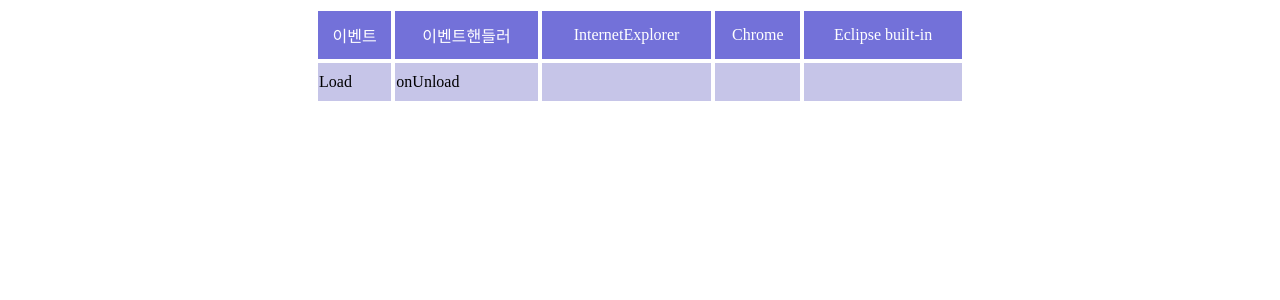
Repository: jpg723/Assignment
Page: 웹프로그래밍/Practice_A_01/src/main/webapp/practice_A_01.html
An editor plug-in stored every save of this project. The page is shown before and after the next save, followed by the edit.
The browser window is 1280 px wide. The pictures show the whole page.

Above is the page before, as saved 2021-10-02 04:57:20.

### 웹프로그래밍/Practice_A_01/src/main/webapp/practice_A_01.html
<!DOCTYPE html>
<html>
<head>
<meta charset="UTF-8">
<style>
	td, tr {
		border: 1px solid white;
	}

	table {
		width: 650px;
		height: 500x;
	}

	tr.box1 {
		background-color: #7371d9;
		color: white;
		width: 10px;
		height: 50px;
		text-align: center;
	}

	tr.box2 {
		background-color: #c6c5e8;
		height: 40px;
	}
</style>
<title>practice_A_01</title>
</head>
<body>
	<div align="center">
		<table>
			<tr class= "box1">
				<td>이벤트</td>
				<td>이벤트핸들러</td>
				<td>InternetExplorer</td>
				<td>Chrome</td>
				<td>Eclipse built-in</td>
			</tr>
			<tr class= "box2">
				<td>Load</td>
				<td>onUnload</td>
				<td></td>
				<td></td>
				<td></td>
			</tr>
		</table>
	</div>
</body>
</html>

After the next save:
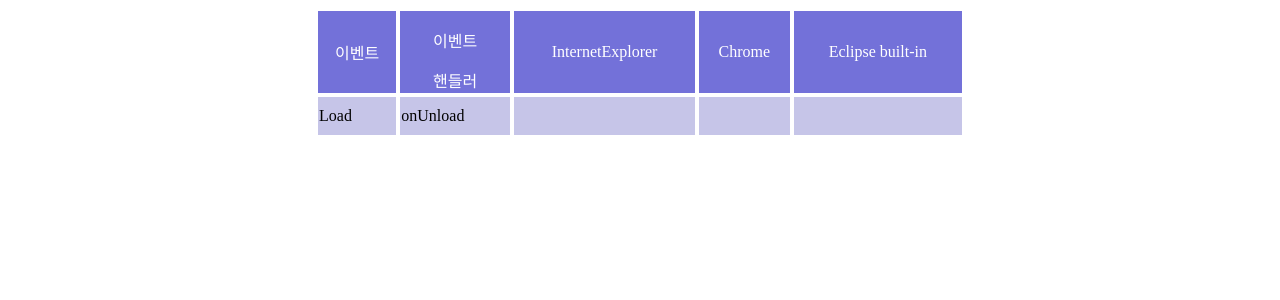
Saved 23 s later.
--- a/웹프로그래밍/Practice_A_01/src/main/webapp/practice_A_01.html
+++ b/웹프로그래밍/Practice_A_01/src/main/webapp/practice_A_01.html
@@ -32,7 +32,7 @@
 		<table>
 			<tr class= "box1">
 				<td>이벤트</td>
-				<td>이벤트핸들러</td>
+				<td><p>이벤트</p>핸들러</td>
 				<td>InternetExplorer</td>
 				<td>Chrome</td>
 				<td>Eclipse built-in</td>

After the save that followed:
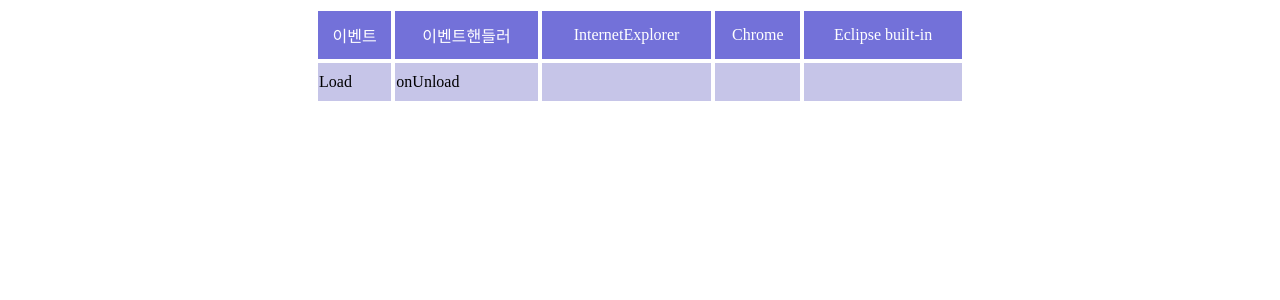
Saved 8 s later.
--- a/웹프로그래밍/Practice_A_01/src/main/webapp/practice_A_01.html
+++ b/웹프로그래밍/Practice_A_01/src/main/webapp/practice_A_01.html
@@ -32,7 +32,7 @@
 		<table>
 			<tr class= "box1">
 				<td>이벤트</td>
-				<td><p>이벤트</p>핸들러</td>
+				<td>이벤트핸들러</td>
 				<td>InternetExplorer</td>
 				<td>Chrome</td>
 				<td>Eclipse built-in</td>
